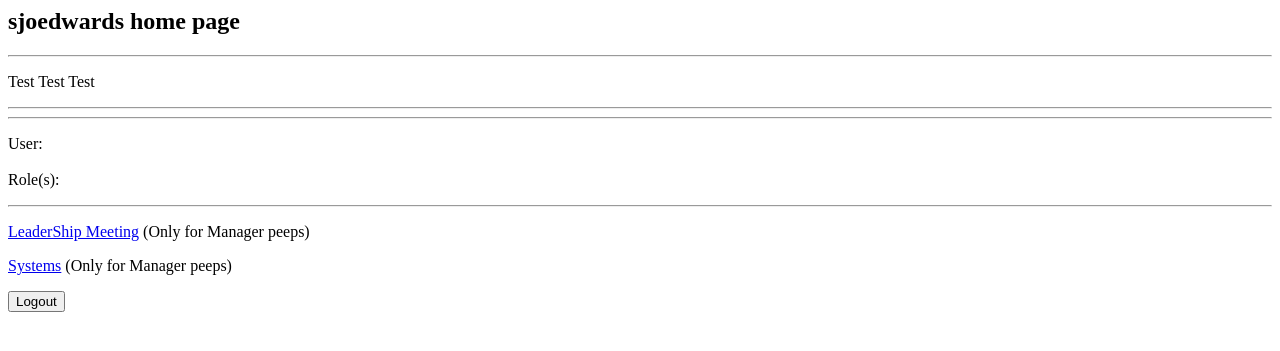
Repository: sjoedwards/springdemo
Page: http://localhost/35-spring-security-demo-07-user-roles/WEB-INF/view/home.jsp
An editor plug-in stored every save of this project. The page is shown before and after the next save, followed by the edit.
The browser window is 1280 px wide. The pictures show the whole page.
The page is served by Tomcat 9. Nobody is signed in. Other server files are loaded and not shown. The template is opened directly, without the code that normally fills it, so the values that code supplies are empty.

Above is the page before, as saved 2022-08-24 15:15:38.

### 35-spring-security-demo-07-user-roles/src/main/webapp/WEB-INF/view/home.jsp
<%@ taglib prefix="form" uri="http://www.springframework.org/tags/form"%>
<%@ taglib prefix="security"
	uri="http://www.springframework.org/security/tags"%>


<html>
<head>
<title>sjoedwards home page</title>
</head>
<body>
	<h2>sjoedwards home page</h2>
	<hr>
	<p>Test Test Test</p>
	<hr>
	<hr>
	<!-- display username and role -->

	<p>
		User:
		<security:authentication property="principal.username" />
		<br> <br> Role(s):
		<security:authentication property="principal.authorities" />

	</p>

	<hr>
	<!-- Add a link to point to /leaders for manager role -->
	<p>
		<a href="${pageContext.request.contextPath}/leaders">LeaderShip
			Meeting</a> (Only for Manager peeps)
	</p>

	<p>
		<a href="${pageContext.request.contextPath}/systems">Systems</a> (Only for Manager peeps)
	</p>



	<!-- Add a logout button -->
	<form:form action="${pageContext.request.contextPath}/logout"
		method="POST">

		<input type="submit" value="Logout">
	</form:form>
</body>

</html>

After the next save:
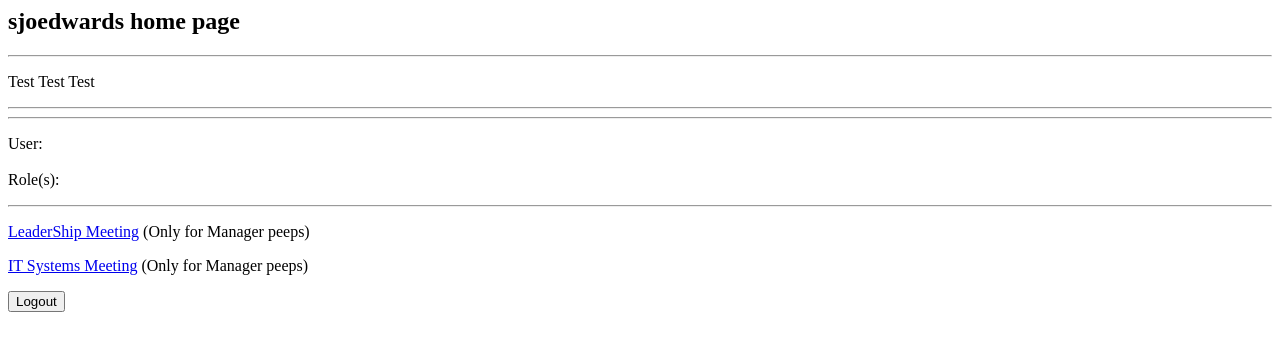
Saved 6 s later.
--- a/35-spring-security-demo-07-user-roles/src/main/webapp/WEB-INF/view/home.jsp
+++ b/35-spring-security-demo-07-user-roles/src/main/webapp/WEB-INF/view/home.jsp
@@ -31,7 +31,7 @@
 	</p>
 
 	<p>
-		<a href="${pageContext.request.contextPath}/systems">Systems</a> (Only for Manager peeps)
+		<a href="${pageContext.request.contextPath}/systems">IT Systems Meeting</a> (Only for Manager peeps)
 	</p>
 
 
